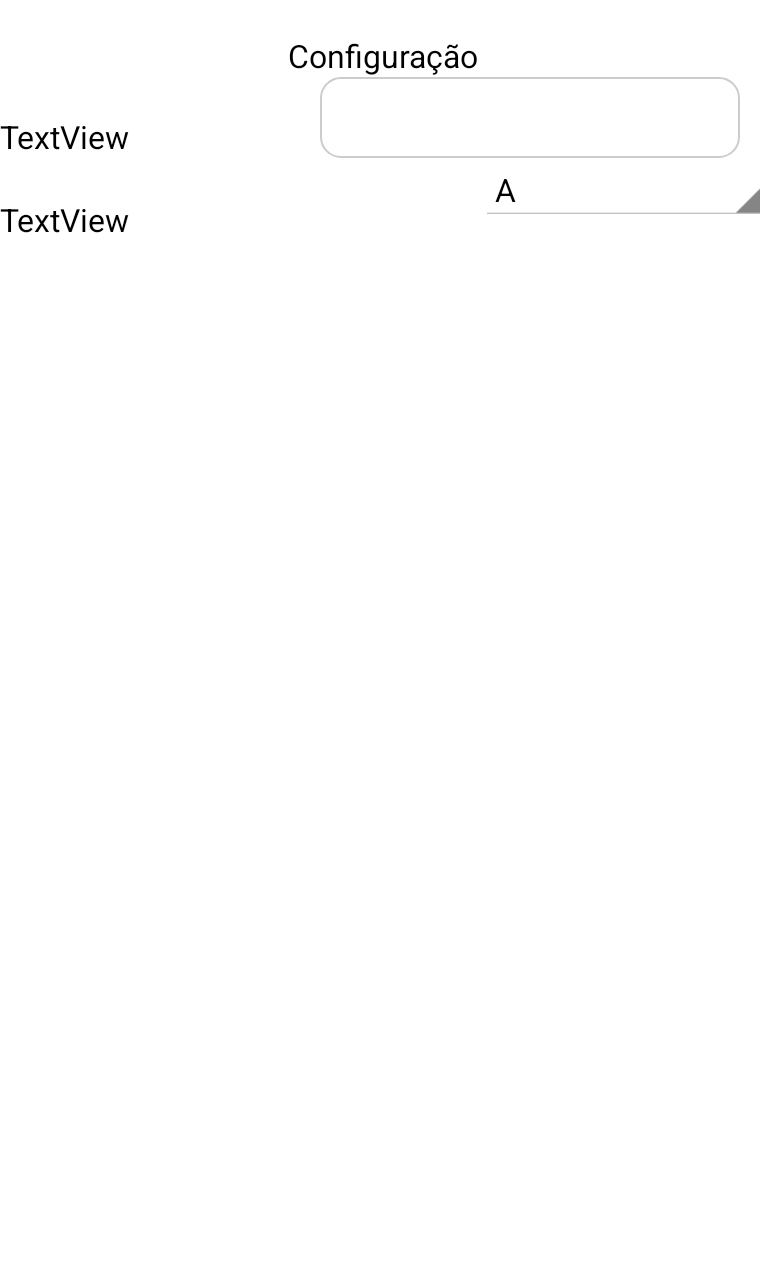
Repository: RafaDeschain/DoarSP
Layout: doarSP/res/layout/fragment_alterardados.xml
These files come from the project's save history. The layout is drawn as it stood at one moment and after the next save; the edit follows.
It is drawn on a 768 x 1280 px phone screen (xhdpi) without system bars, with theme AppTheme; the app's code is not run.

Above is the layout before, as saved 2014-04-21 03:32:55.

After the next save:
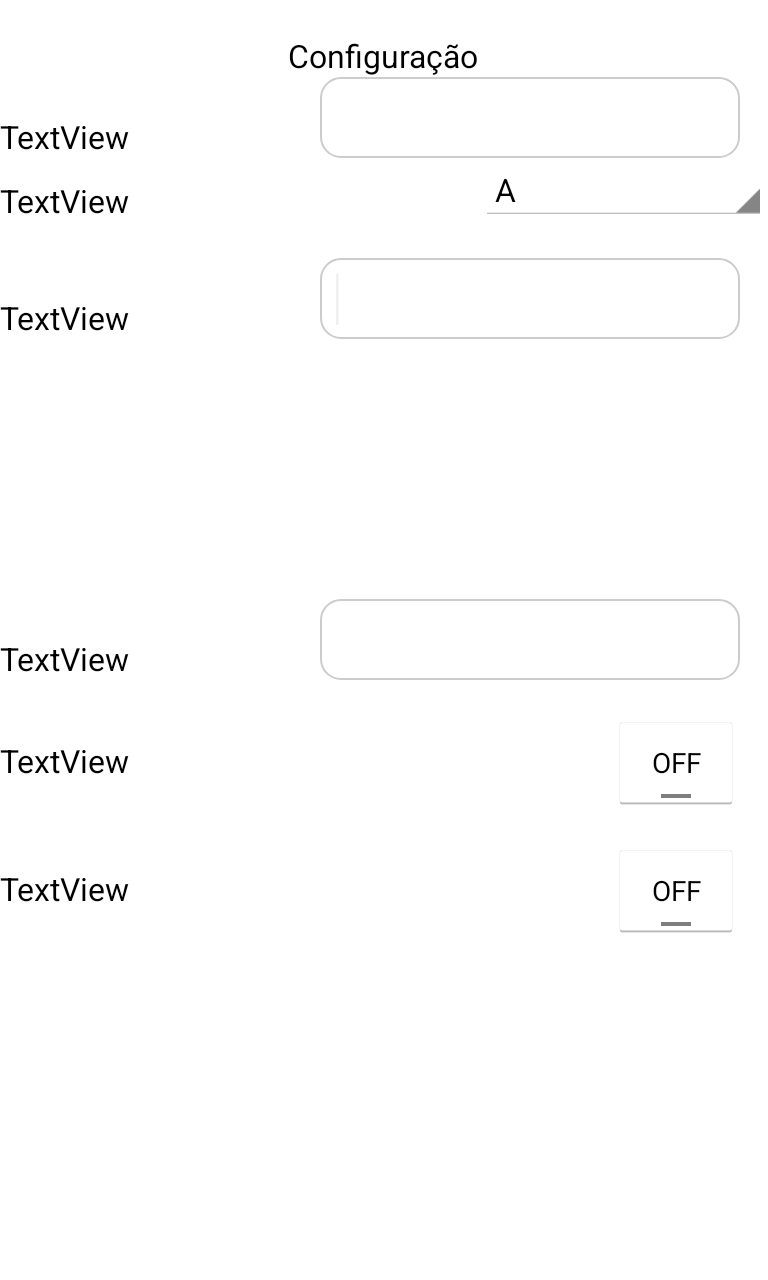
Saved 47 min 5 s later.
--- a/doarSP/res/layout/fragment_alterardados.xml
+++ b/doarSP/res/layout/fragment_alterardados.xml
@@ -34,9 +34,9 @@
         android:id="@+id/textView3"
         android:layout_width="wrap_content"
         android:layout_height="wrap_content"
+        android:layout_above="@+id/editText1"
         android:layout_alignParentLeft="true"
-        android:layout_below="@+id/textView2"
-        android:layout_marginTop="20dp"
+        android:layout_below="@+id/textView1"
         android:text="TextView" />
 
     <Spinner
@@ -47,6 +47,88 @@
         android:layout_below="@+id/editText1"
         android:layout_toRightOf="@+id/textView1"
         android:entries="@array/tipos_Sanguineos"
-        android:prompt="@string/sangue_prompt"/>
+        android:prompt="@string/sangue_prompt" />
+
+    <TextView
+        android:id="@+id/textView4"
+        android:layout_width="wrap_content"
+        android:layout_height="wrap_content"
+        android:layout_alignBottom="@+id/spinner1"
+        android:layout_alignParentLeft="true"
+        android:text="TextView" />
+
+    <EditText
+        android:id="@+id/editText2"
+        android:layout_width="wrap_content"
+        android:layout_height="wrap_content"
+        android:layout_alignRight="@+id/editText1"
+        android:layout_below="@+id/spinner1"
+        android:layout_marginTop="18dp"
+        android:ems="10"
+        android:inputType="textEmailAddress" >
+
+        <requestFocus />
+    </EditText>
+
+    <TextView
+        android:id="@+id/textView5"
+        android:layout_width="wrap_content"
+        android:layout_height="wrap_content"
+        android:layout_alignBottom="@+id/editText2"
+        android:layout_alignParentLeft="true"
+        android:text="TextView" />
+
+    <EditText
+        android:id="@+id/editText3"
+        android:layout_width="wrap_content"
+        android:layout_height="wrap_content"
+        android:layout_alignRight="@+id/editText2"
+        android:layout_centerVertical="true"
+        android:ems="10"
+        android:inputType="date" />
+
+    <TextView
+        android:id="@+id/textView6"
+        android:layout_width="wrap_content"
+        android:layout_height="wrap_content"
+        android:layout_alignBottom="@+id/editText3"
+        android:layout_alignParentLeft="true"
+        android:text="TextView" />
+
+    <ToggleButton
+        android:id="@+id/toggleButton1"
+        android:layout_width="wrap_content"
+        android:layout_height="wrap_content"
+        android:layout_alignRight="@+id/editText3"
+        android:layout_below="@+id/editText3"
+        android:layout_marginTop="17dp"
+        android:text="ToggleButton" />
+
+    <TextView
+        android:id="@+id/textView7"
+        android:layout_width="wrap_content"
+        android:layout_height="wrap_content"
+        android:layout_alignBaseline="@+id/toggleButton1"
+        android:layout_alignBottom="@+id/toggleButton1"
+        android:layout_alignParentLeft="true"
+        android:text="TextView" />
+
+    <ToggleButton
+        android:id="@+id/toggleButton2"
+        android:layout_width="wrap_content"
+        android:layout_height="wrap_content"
+        android:layout_alignRight="@+id/toggleButton1"
+        android:layout_below="@+id/toggleButton1"
+        android:layout_marginTop="16dp"
+        android:text="ToggleButton" />
+
+    <TextView
+        android:id="@+id/textView8"
+        android:layout_width="wrap_content"
+        android:layout_height="wrap_content"
+        android:layout_alignBaseline="@+id/toggleButton2"
+        android:layout_alignBottom="@+id/toggleButton2"
+        android:layout_alignParentLeft="true"
+        android:text="TextView" />
 
 </RelativeLayout>
